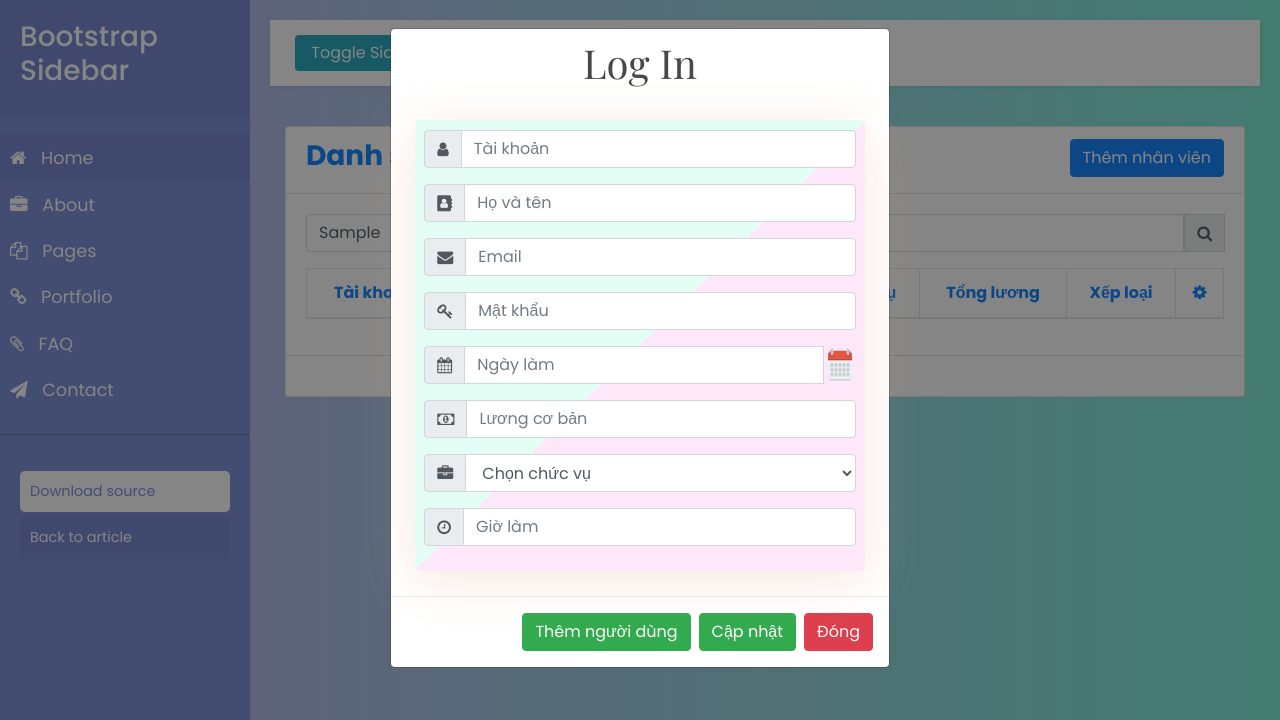
Repository: dovanthao2404/BC14_BaiTap_JS_Buoi_9-10
Page: index.html
An editor plug-in stored every save of this project. The page is shown before and after the next save, followed by the edit.
The browser window is 1280 px wide. The pictures show the whole page.
Empty fields were first filled with sample values (such as "Sample", 5 or name@example.com).
After loading, the first visible `#btnThem` was clicked once.
Some web fonts or font styles are not loaded; a fallback is used.

Above is the page before, as saved 2021-07-25 15:31:34.
Console error: ReferenceError: tilte is not defined

After the next save:
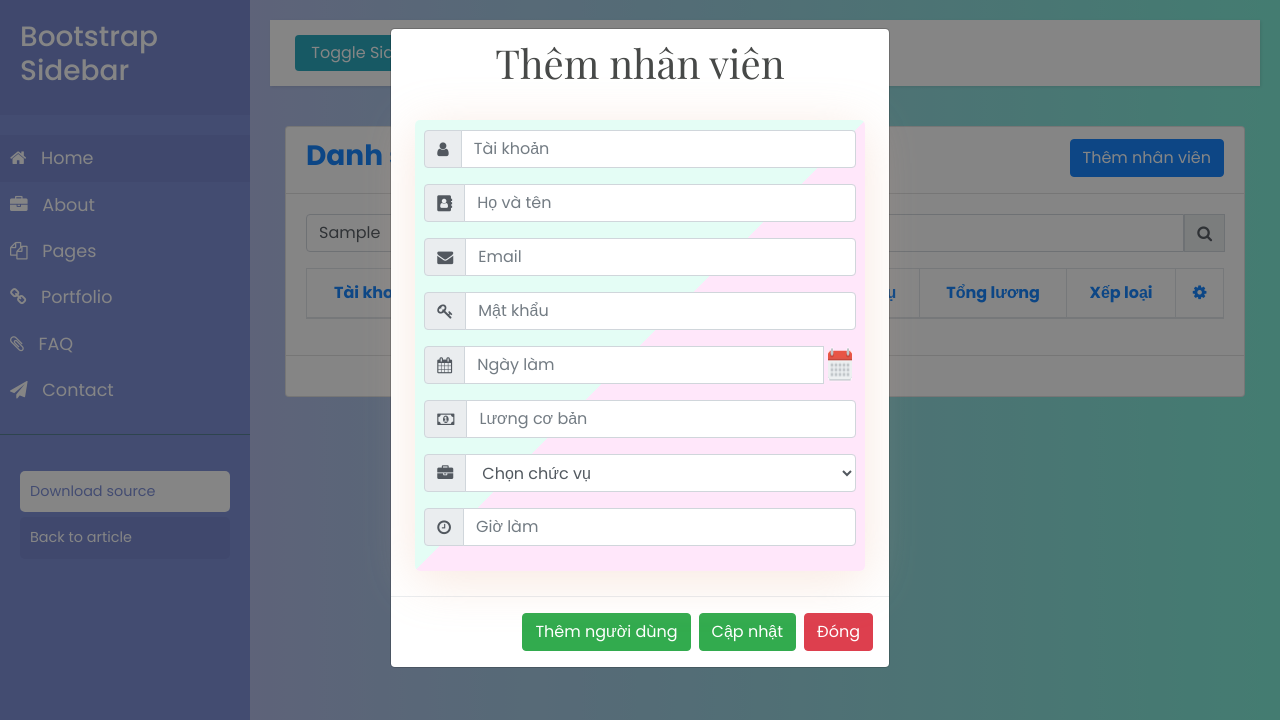
The error is gone.
Saved 5 s later.
--- a/js/main.js
+++ b/js/main.js
@@ -35,5 +35,5 @@ function removeMessage() {
 }
 
 function callModal(title, readonly, type) {
-  document.querySelector("#header-title").innerText = tilte;
+  document.querySelector("#header-title").innerText = title;
 }
